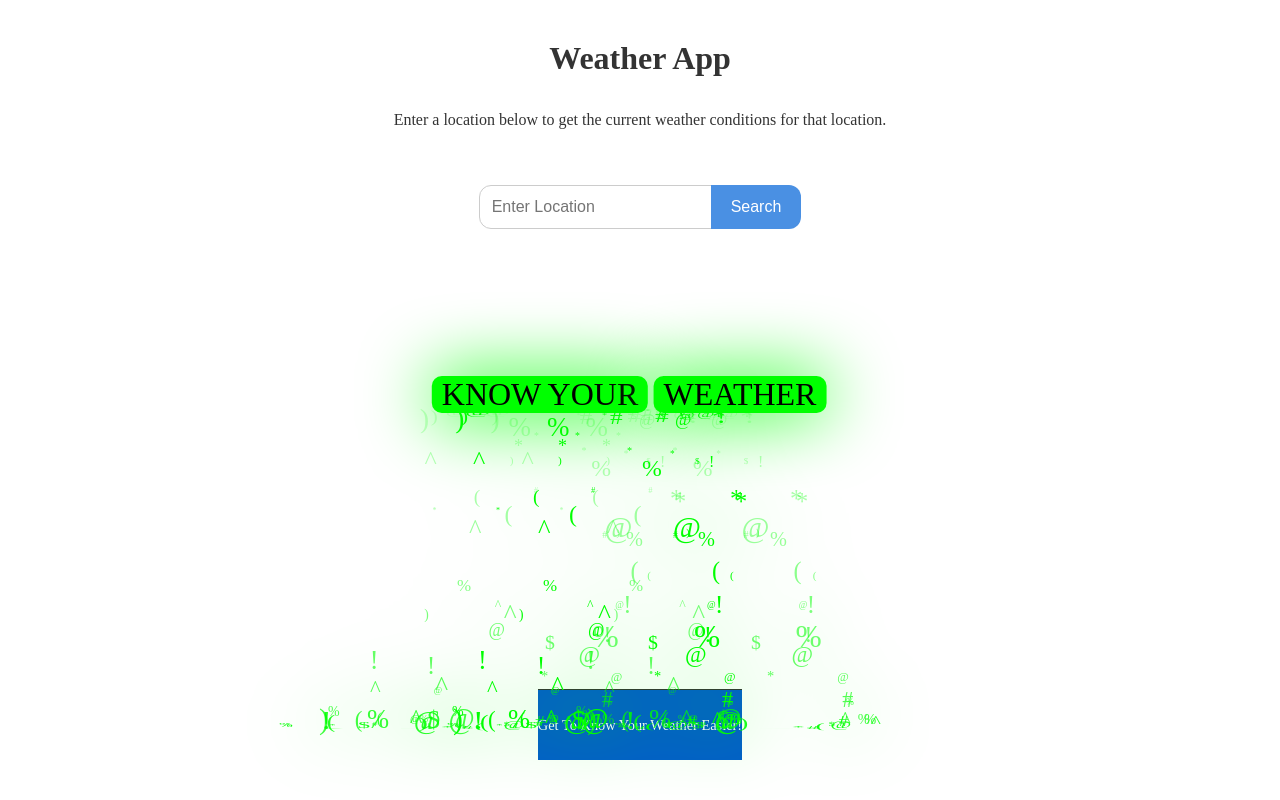
Repository: AlaaYou/Weather-App
Page: index.html
An editor plug-in stored every save of this project. The page is shown before and after the next save, followed by the edit.
The browser window is 1280 px wide. The pictures show the whole page.

Above is the page before, as saved 2024-10-20 23:46:04.

### index.html
<!DOCTYPE html>
<html lang="en">
  <head>
    <meta charset="UTF-8" />
    <meta name="viewport" content="width=device-width, initial-scale=1.0" />
    <link rel="stylesheet" href="styles.css" />
    <title>Weather App</title>
  </head>
  <body>
    <!-- Header -->
    <header>
      <h1>Weather App</h1><br>
      <p>
        Enter a location below to get the current weather conditions for that
        location.
      </p>
    </header>
    <!-- main content -->
    <main>
      <!-- search box -->
      <section class="search-box">
        <input type="text" id="location-input" placeholder="Enter Location" />

        <button id="search-button">Search</button>
      </section>
      <!-- errror /loading -->
      <div id="loading" style="display: none">Loading...</div>
      <div id="error" style="display: none">Error data Not Found</div>
      <!-- weather content -->
      <section
        class="weather-display"
        id="weather-display"
        style="display: none"
      >
        <div class="temp-display"><span id="temperature">--</span> °C</div>
        <div class="condition-display">
          <span id="condition">--</span>
        </div>

        <!-- condition info -->
        <div class="condition-info">
          <span id="wind-speed">Wind Speed: --</span>
          <span id="humidity">Humidity: --</span>
        </div>
      </section>
      <div class="container">
        <div class="cloud left-cloud">
          <h2>Know Your</h2>
        </div>
        <div class="cloud right-cloud">
          <h2>Weather</h2>
        </div>
      </div>

    </main>
    <!-- footer -->
    <footer>
      <p>Get To Know Your Weather Easier!</p>
    </footer>
    <!-- js goes here -->
    <script src="script.js"></script>
  </body>
</html>

### styles.css
@import url('https://fonts.googleapis.com/css2?family=Poppins:ital,wght@0,100;0,200;0,300;0,400;0,500;0,600;0,700;0,800;0,900;1,100;1,200;1,300;1,400;1,500;1,600;1,700;1,800;1,900&display=swap');

:root {
  --clr: #0f0;
}

body,
h1 {
  margin: 0;
  padding: 0;
}

body {
  display: flex;
  flex-direction: column;
  min-height: 100vh;
  color: #333;
  justify-content: center;
  align-items: center;
  padding: 40px 0;
}

main {
  flex-grow: 1;
}

header {
  text-align: center;
  margin-bottom: 20px;
}

.search-box {
  display: flex;
  justify-content: center;
  align-items: center;
  margin: 20px 0;
}

input[type="text"] {
  padding: 12px;
  border: 1px solid #ccc;
  border-radius: 12px 0 0 12px;
  font-size: 1em;
  width: auto;
  margin-right: -1px;
}

button {
  background-color: #4a90e3;
  color: #fff;
  border: none;
  border-radius: 0 12px 12px 0;
  padding: 13px 20px;
  cursor: pointer;
  font-size: 1em;
  transition: background-color 0.3s ease;
}

button:hover {
  background-color: #035dcb;
}

/* Weather content */
.weather-display {
  text-align: center;
  padding: 20px;
}

.temp-display,
.condition-display {
  font-size: 2.5em;
  margin-bottom: 10px;
}

.condition-info span {
  margin-right: 15px;
  font-size: 1.2em;
}

#loading,
#error {
  text-align: center;
  font-size: 1.2em;
  margin-top: 20px;
}

#loading {
  color: #4a90e3;
}

#error {
  color: red;
}

footer {
  text-align: center;
  background-color: #035dcb;
  color: #fff;
  padding: 12px 0;
  border-top: 1px solid #333;
  font-size: 0.9em;
}

.container {
  position: relative;
  top: 100px;
  height: 400px;
  width: 100%;
  display: flex;
  justify-content: space-between; /* Aligns children to the sides */
  animation: animateColor 5s linear infinite;
}

.container .cloud {
  position: relative;
  width: 200px; /* Adjusted width to fit better */
  z-index: 100;
  filter: drop-shadow(0 0 35px var(--clr));
}

.container .cloud h2 {
  position: absolute;
  left: 50%;
  transform: translateX(-50%);
  white-space: nowrap;
  color: #000;
  font-size: 2em;
  z-index: 1000;
  font-weight: 400;
  padding: 0 10px;
  border-radius: 10px;
  text-transform: uppercase;
  background: var(--clr);
}

.left-cloud {
  margin-left: 20px; /* Adjust for spacing */
}

.right-cloud {
  margin-right: 20px; /* Adjust for spacing */
}

@keyframes animateColor {
  0% {
    filter: hue-rotate(0deg);
  }
  100% {
    filter: hue-rotate(360deg);
  }
}

.cloud .drop {
  position: absolute;
  top: 60px;
  height: 20px;
  line-height: 20px;
  color: var(--clr);
  transform-origin: bottom;
  animation: animate 2s linear infinite;
}

@keyframes animate {
  0% {
    transform: translateY(0) scaleY(0);
    transform-origin: top;
  }
  10% {
    transform: translateY(0) scaleY(0.25);
    transform-origin: top;
  }
  20% {
    transform: translateY(0) scaleY(1);
  }
  70% {
    transform: translateY(300px) scaleY(1);
    transform-origin: bottom;
  }
  80% {
    transform: translateY(300px) scaleY(1);
    transform-origin: bottom;
  }
  100% {
    transform: translateY(300px) scaleY(0);
    transform-origin: bottom;
    text-shadow: -180px 0 0 var(--clr), 180px 0 var(--clr);
  }
}

### script.js
async function fetchWeather(location) {
    //api
    const apiKey = "094b545dde613af5667ba10639a224f8";
    const url = `http://api.openweathermap.org/data/2.5/weather?q=${location}&appid=${apiKey}&units=metric`;
    const response = await fetch(url);

    if (response.ok) {
      const data = await response.json();
      return data;
    } else {
      throw new Error("Failed to fetch weather data");
    }
  }
  //Display the weather
  function dispplayWeather(data) {
    console.log(data);
    //select the  DOM
    const weatherDisplay = document.getElementById("weather-display");
    const temperature = document.getElementById("temperature");
    const condition = document.getElementById("condition");
    const windSpeed = document.getElementById("wind-speed");
    const humidity = document.getElementById("humidity");

    temperature.textContent = data.main.temp;
    condition.textContent = data.weather[0].main;
    windSpeed.textContent = `Wind Speed: ${data.wind.speed}m/s`;
    humidity.textContent = `Humidity: ${data.main.humidity}%`;
    weatherDisplay.style.display = "block";
  }

  function toggleElementVisibility(id, show) {
    const element = document.getElementById(id);
    element.style.display = show ? "block" : "none";
  }

  //DOM content Loaded
  document.addEventListener("DOMContentLoaded", () => {
    const searchButton = document.getElementById("search-button");
    const locationInput = document.getElementById("location-input");
    searchButton.addEventListener("click", async () => {
      toggleElementVisibility("loading", true); //Show loading
      toggleElementVisibility("error", false);

      //get data
      const location = locationInput.value;

      try {
        const weatherData = await fetchWeather(location);
        toggleElementVisibility("loading", false);
        dispplayWeather(weatherData);
        console.log(weatherData);
      } catch (error) {
        toggleElementVisibility("error", true);
        toggleElementVisibility("loading", false);
      }
    });
  });

  function randomText(){
    var text = ("!@#$%^*()")
    letters =text[Math.floor(Math.random() * text.length)];
    return letters;
}

function rain() {
    let cloud = document.querySelector('.cloud');
    let e = document.createElement('div');
    e.classList.add('drop');
    cloud.appendChild(e);

    let left = Math.floor(Math.random() * 300)
    let size = Math.random() * 1.5;
    let duration = Math.random() *1;

    e.innerText = randomText();
    e.style.left = left + 'px';
    e.style.fontSize = 0.5+size +'em';
    e.style.animationDuration = 1+duration+'s';

      setTimeout(function(){
      cloud.removeChild(e)
      },2000)
}

setInterval(function(){
    rain()
},20);

After the next save:
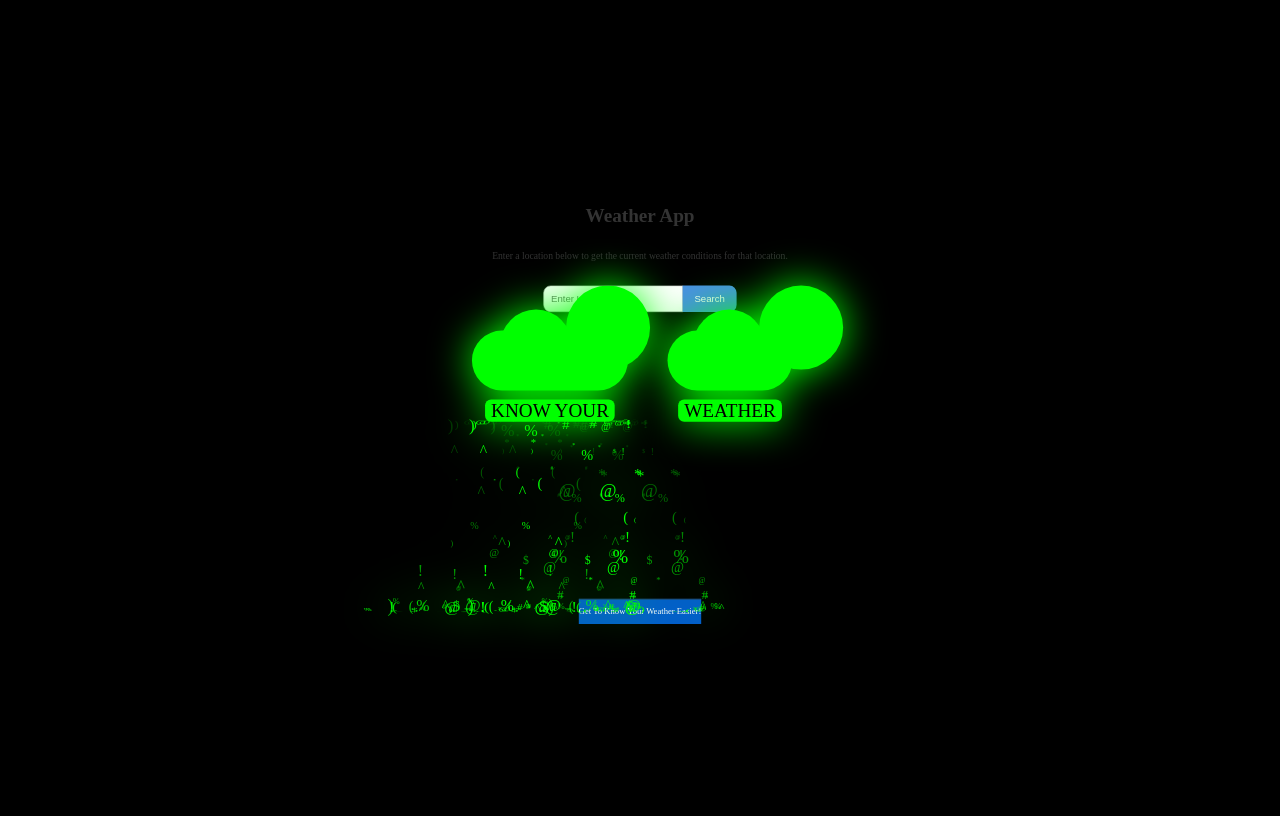
Saved 16 s later.
--- a/styles.css
+++ b/styles.css
@@ -1,11 +1,12 @@
 @import url('https://fonts.googleapis.com/css2?family=Poppins:ital,wght@0,100;0,200;0,300;0,400;0,500;0,600;0,700;0,800;0,900;1,100;1,200;1,300;1,400;1,500;1,600;1,700;1,800;1,900&display=swap');
 
-:root {
+body,
+h1,
+:root{
   --clr: #0f0;
 }
 
-body,
-h1 {
+p {
   margin: 0;
   padding: 0;
 }
@@ -13,11 +14,15 @@ h1 {
 body {
   display: flex;
   flex-direction: column;
-  min-height: 100vh;
+  min-height: 90vh;
+  background-color: #f0f1f6;
+  padding: 40px 0;
   color: #333;
   justify-content: center;
   align-items: center;
-  padding: 40px 0;
+  min-height: 100vh;
+  background: #000;
+  transform: scale(0.6);
 }
 
 main {
@@ -44,10 +49,9 @@ input[type="text"] {
   width: auto;
   margin-right: -1px;
 }
-
 button {
   background-color: #4a90e3;
-  color: #fff;
+  color: #ffff;
   border: none;
   border-radius: 0 12px 12px 0;
   padding: 13px 20px;
@@ -83,37 +87,43 @@ button:hover {
   font-size: 1.2em;
   margin-top: 20px;
 }
-
 #loading {
   color: #4a90e3;
 }
-
 #error {
   color: red;
 }
-
 footer {
   text-align: center;
   background-color: #035dcb;
-  color: #fff;
+  color: #ffff;
   padding: 12px 0;
   border-top: 1px solid #333;
   font-size: 0.9em;
 }
-
 .container {
   position: relative;
   top: 100px;
   height: 400px;
   width: 100%;
   display: flex;
-  justify-content: space-between; /* Aligns children to the sides */
-  animation: animateColor 5s linear infinite;
+  justify-content: center;
+  animation: animateColor 5s linear infinite ;
+}
+
+@keyframes animateColor {
+  0%{
+      filter: hue-rotate(0deg);
+  }
+  100%{
+      filter: hue-rotate(360deg);
+  }
 }
 
 .container .cloud {
   position: relative;
-  width: 200px; /* Adjusted width to fit better */
+  width: 300px;
+  /* height: 300px; */
   z-index: 100;
   filter: drop-shadow(0 0 35px var(--clr));
 }
@@ -127,62 +137,71 @@ footer {
   font-size: 2em;
   z-index: 1000;
   font-weight: 400;
-  padding: 0 10px;
+  padding:0 10px;
   border-radius: 10px;
   text-transform: uppercase;
   background: var(--clr);
 }
 
-.left-cloud {
-  margin-left: 20px; /* Adjust for spacing */
-}
-
-.right-cloud {
-  margin-right: 20px; /* Adjust for spacing */
-}
-
-@keyframes animateColor {
-  0% {
-    filter: hue-rotate(0deg);
-  }
-  100% {
-    filter: hue-rotate(360deg);
-  }
-}
-
-.cloud .drop {
+.container .cloud h2::before {
+  content: '';
   position: absolute;
-  top: 60px;
-  height: 20px;
-  line-height: 20px;
-  color: var(--clr);
-  transform-origin: bottom;
-  animation: animate 2s linear infinite;
+  top: -115px;
+  left: 50%;
+  transform: translateX(-50%);
+  border-radius: 100px;
+  width: 120%;
+  height: 100px;
+  background: var(--clr);
+}
+
+.container .cloud h2::after{
+  content: '';
+  position: absolute;
+  top: -150px;
+  left: 25px;
+  width: 120px;
+  height: 120px;
+  border-radius: 50%;
+  background: var(--clr);
+  box-shadow: 120px -30px 0 10px var(--clr);
+}
+
+.container .cloud .drop{
+position: absolute;
+top: 60px;
+height: 20px;
+line-height: 20px;
+color: var(--clr);
+transform-origin: bottom;
+animation: animate 2s linear infinite;
 }
 
 @keyframes animate {
-  0% {
-    transform: translateY(0) scaleY(0);
-    transform-origin: top;
-  }
-  10% {
-    transform: translateY(0) scaleY(0.25);
-    transform-origin: top;
-  }
-  20% {
-    transform: translateY(0) scaleY(1);
-  }
-  70% {
-    transform: translateY(300px) scaleY(1);
-    transform-origin: bottom;
-  }
-  80% {
-    transform: translateY(300px) scaleY(1);
-    transform-origin: bottom;
-  }
-  100% {
-    transform: translateY(300px) scaleY(0);
-    transform-origin: bottom;
-    text-shadow: -180px 0 0 var(--clr), 180px 0 var(--clr);
-  }
-}
+  0%{
+      transform: translateY(0) scaleY(0);
+      transform-origin: top;
+  }
+  10%{
+      transform: translateY(0) scaleY(0.25);
+      transform-origin: top;
+  }
+  20%{
+      transform: translateY(0) scaleY(1);
+      /* transform-origin: top; */
+  }
+
+  70%{
+      transform: translateY(300px) scaleY(1);
+      transform-origin: bottom;
+  }
+  80%{
+      transform: translateY(300px) scaleY(1);
+      transform-origin: bottom;
+  }
+  100%{
+      transform: translateY(300px) scaleY(0);
+      transform-origin: bottom;
+      text-shadow: -180px 0 0 var(--clr), 180px 0 var(--clr);
+  }
+}
